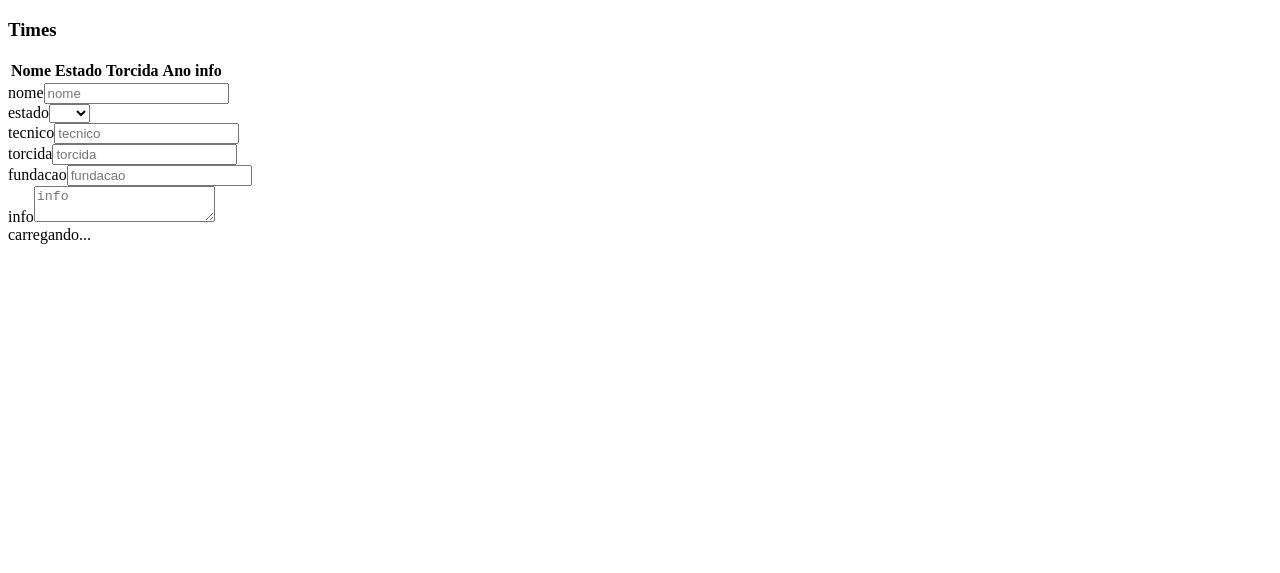
Repository: ecrseer/vuesheetpost
Page: /
The author's editor kept a copy of each file at every save. The page is drawn from the files as they stood at one save, then again after a run of saves.
The browser window is 1280 px wide. The pictures show the whole page.
The page's requests for data from a server got no answer. The project was rebuilt for these pictures with package versions that can differ from the ones it lists, and the page was loaded fresh each time. No one was signed in, and anything a server would have sent is missing. Also part of the build but not shown: vite.config.js, vue.config.js, src/components/TabelaMarota.vue.

Above is the page before, as saved 2021-08-23 13:26:47.

After the next 2 saves:
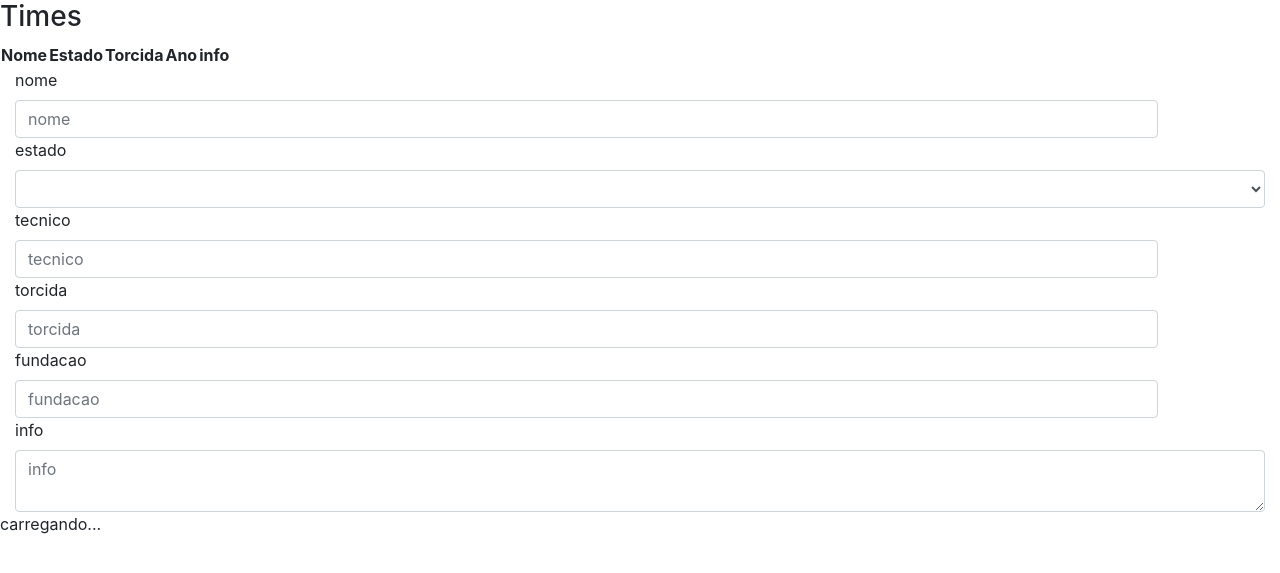
The 2 saves are shown as one change because they came seconds apart.
The last was saved 3 min 9 s later.
--- a/src/App.vue
+++ b/src/App.vue
@@ -140,6 +140,6 @@ export default {
 </script>
 
 <style>
-
+@import "https://stackpath.bootstrapcdn.com/bootstrap/4.3.1/css/bootstrap.min.css"
 
 </style>
